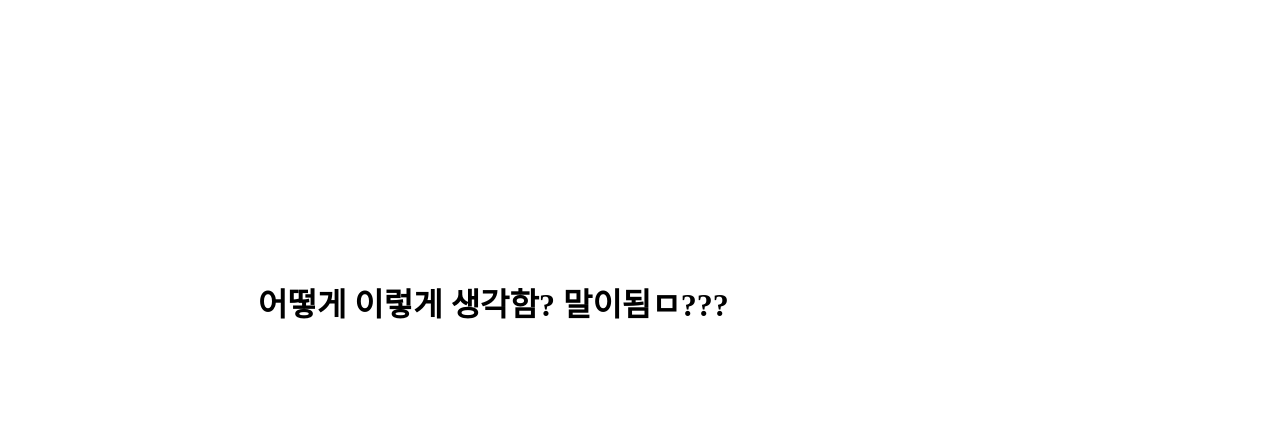
Repository: sehyeongrace/web-workspace
Page: BurgerKingProject/src/main/webapp/static/Request_Page.html
These files come from the project's save history. The page is drawn as it stood at one moment and after the next save; the edit follows.
The browser window is 1280 px wide. The pictures show the whole page.

Above is the page before, as saved 2025-03-07 07:23:03.

After the next save:
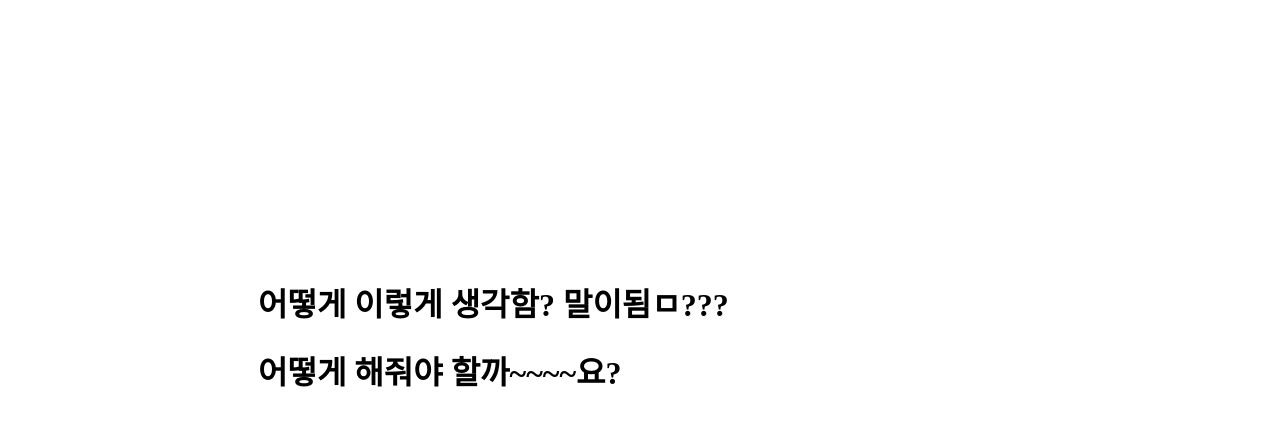
Saved 84 s later.
--- a/BurgerKingProject/src/main/webapp/static/Request_Page.html
+++ b/BurgerKingProject/src/main/webapp/static/Request_Page.html
@@ -13,7 +13,7 @@
 
 	<h1>어떻게 이렇게 생각함? 말이됨ㅁ???</h1>
 
-
+	<h1>어떻게 해줘야 할까~~~~요?</h1>
 
 
 </body>
